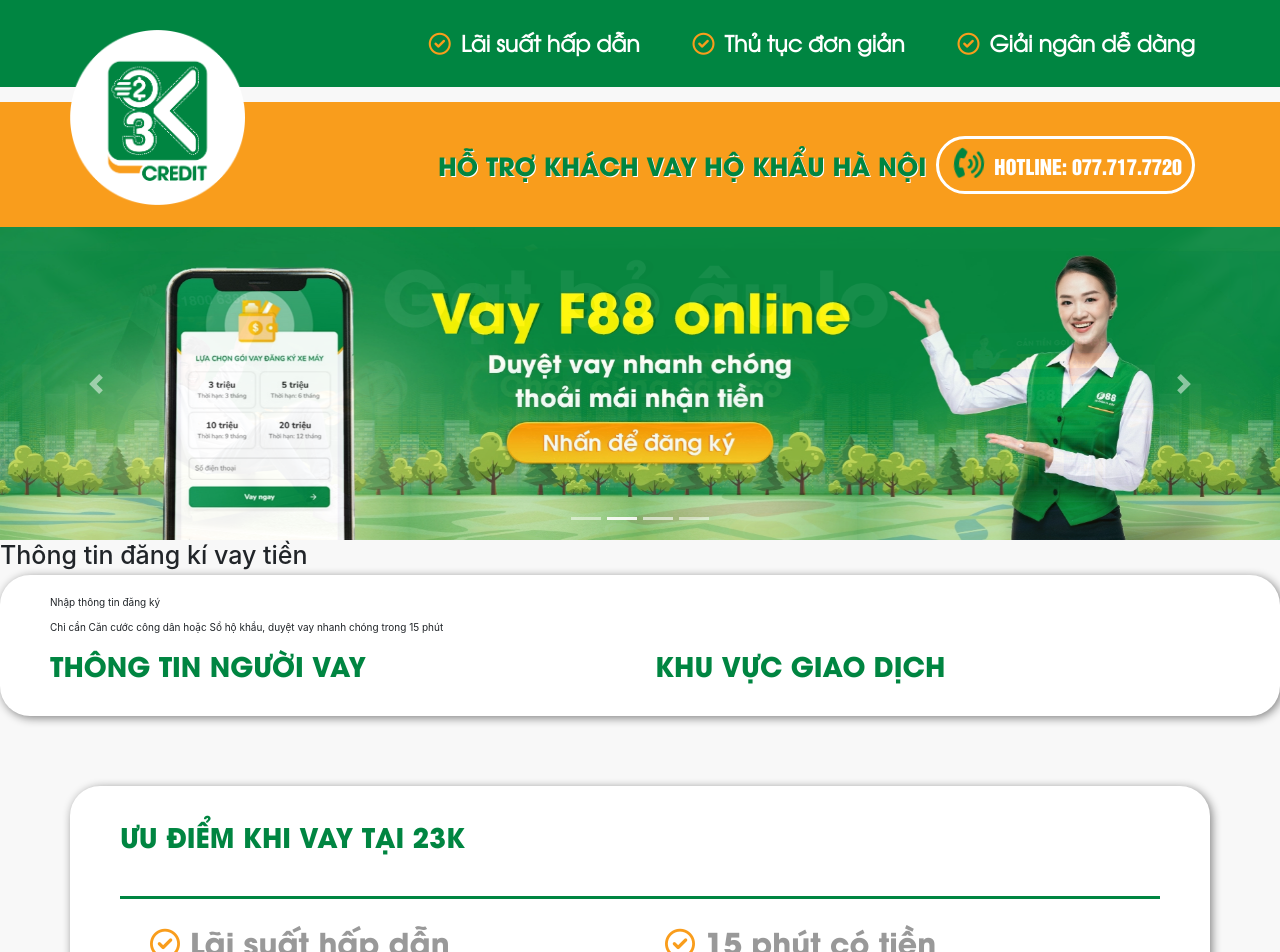
Repository: anhtu2110/23k.vn
Page: theme/index.html
An editor plug-in stored every save of this project. The page is shown before and after the next save, followed by the edit.
The browser window is 1280 px wide. The pictures show the part of the page from y = 0 to 952 px (the page is 2120 px tall).
A picture or video elsewhere on the page could not be fetched, so the positions and the page height are approximate.

Above is the page before, as saved 2022-12-29 23:18:31.

After the next save:
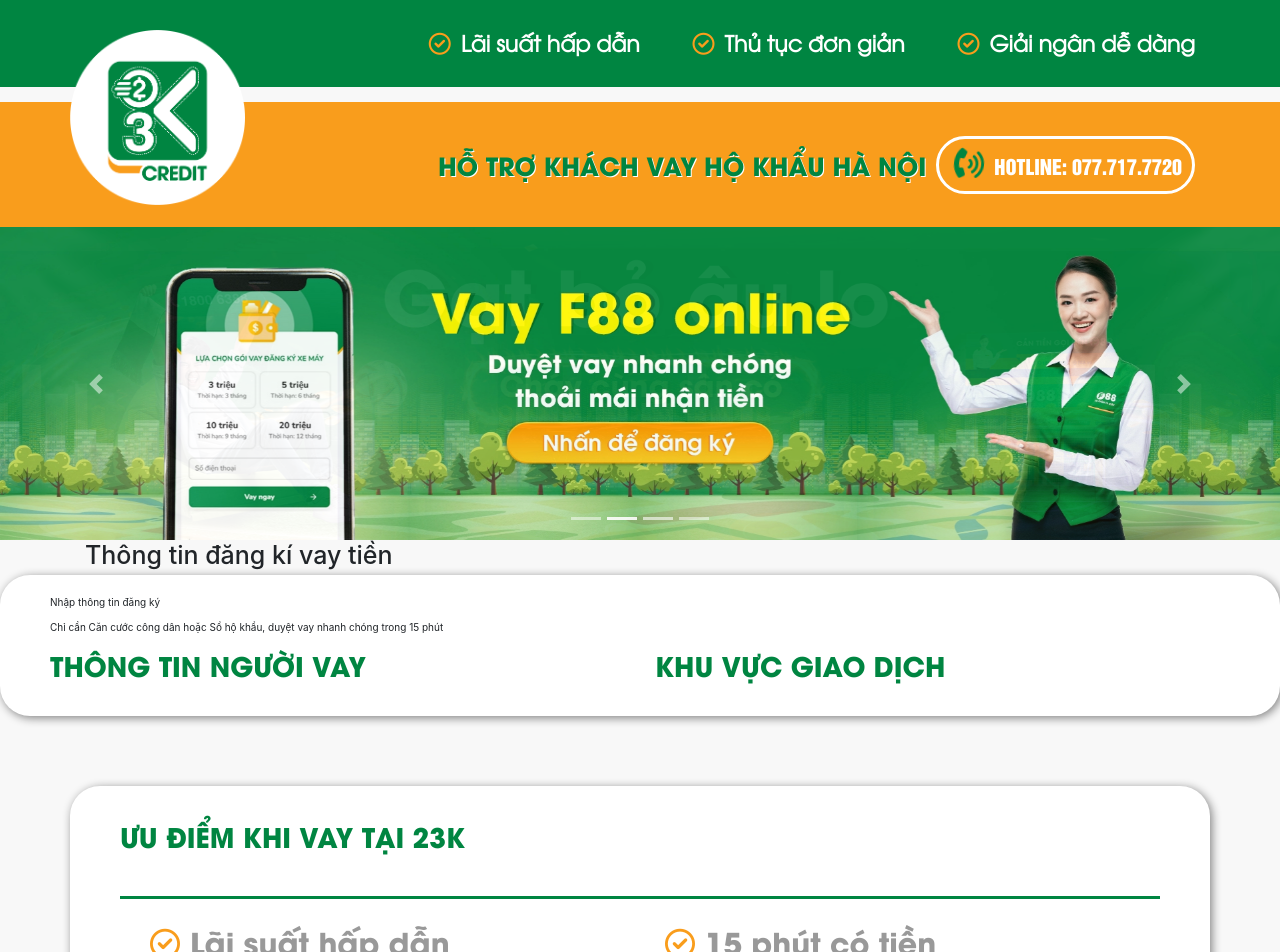
Saved 6 s later.
--- a/theme/index.html
+++ b/theme/index.html
@@ -99,8 +99,8 @@
             <!-- END HOME-BANNER  -->
             <div id="wp-info-reg">
                 <div class="container">
-                </div>
-                <h1>Thông tin đăng kí vay tiền</h1>
+                    <h1>Thông tin đăng kí vay tiền</h1>
+                </div>
                 <div id="wp-form-reg" class="box">
                     <div class="form-reg-title">
                         <p>Nhập thông tin đăng ký</p>
